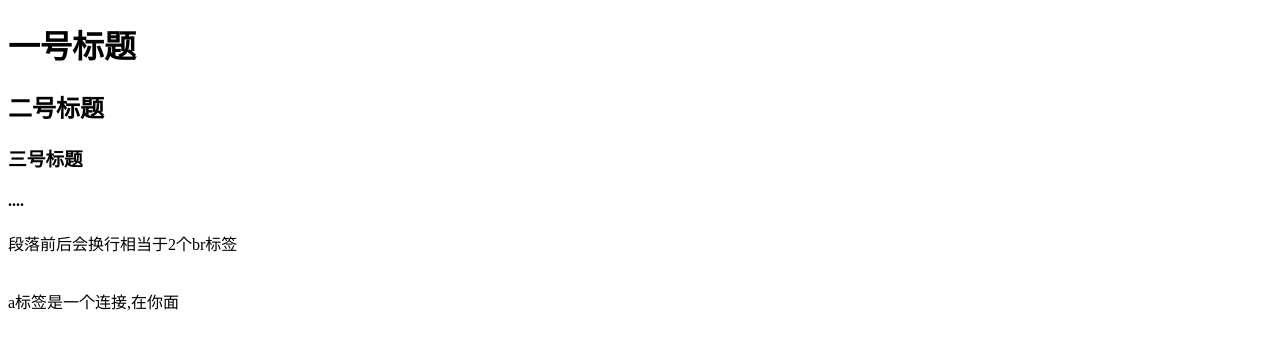
Repository: jarvanstack/vscode
Page: HTML/HTML基础知识.html
An editor plug-in stored every save of this project. The page is shown before and after the next save, followed by the edit.
The browser window is 1280 px wide. The pictures show the whole page.

Above is the page before, as saved 2020-06-11 09:20:38.

### HTML/HTML基础知识.html
<!DOCTYPE html>
<html lang="en">
<head>
    <meta charset="UTF-8">
    <meta name="viewport" content="width=device-width, initial-scale=1.0">
    <title>HTML基础知识</title>
</head>
<body>
    <h1>一号标题</h1>
    <h2>二号标题</h2>
    <h3>三号标题</h3>
    <h4>....</h4>
    <p>段落前后会换行相当于2个br标签</p>
    <br>
    <a>a标签是一个连接,在你面</a>
</body>
</html>

After the next save:
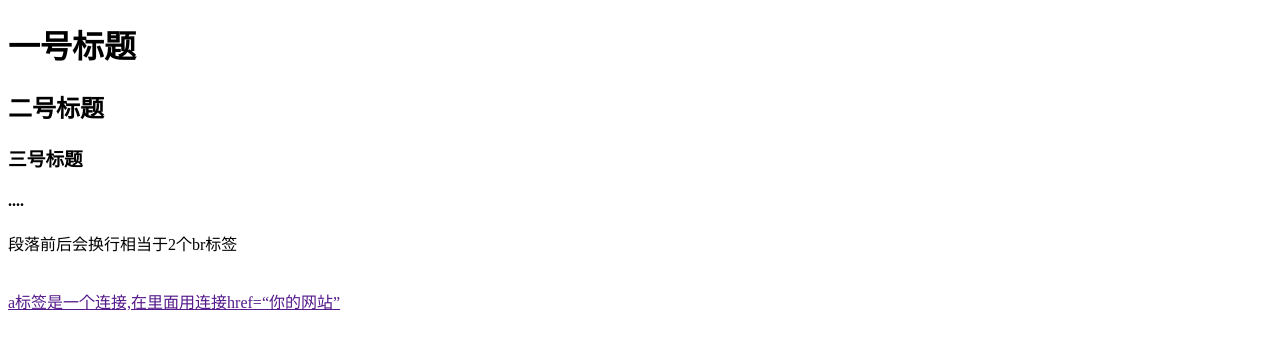
Saved 37 s later.
--- a/HTML/HTML基础知识.html
+++ b/HTML/HTML基础知识.html
@@ -12,6 +12,6 @@
     <h4>....</h4>
     <p>段落前后会换行相当于2个br标签</p>
     <br>
-    <a>a标签是一个连接,在你面</a>
+    <a href="">a标签是一个连接,在里面用连接href=“你的网站”</a>
 </body>
 </html>
